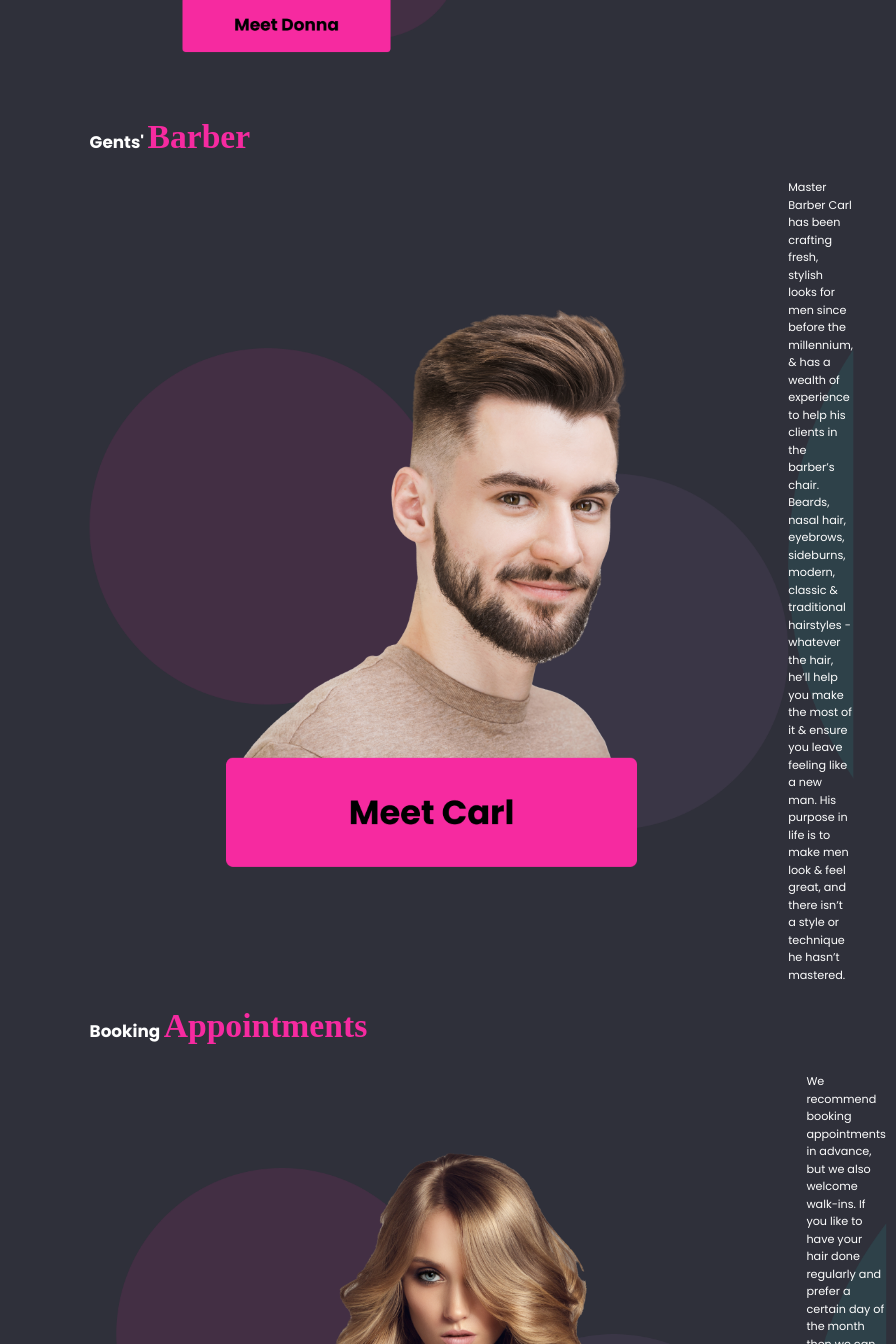
Repository: Troy-Bolt/verustroy-
Page: index.html
The author's editor kept a copy of each file at every save. The page is drawn from the files as they stood at one save, then again after the next save.
The browser window is 1280 px wide. The pictures show the part of the page from y = 1849 to 3769 px (the page is 10579 px tall before and 9840 px after), at 70% of full size.
Backgrounds fixed to the window are drawn as part of the page. Some web fonts or font styles are not loaded; a fallback is used.

Above is the page before, as saved 2022-04-27 09:07:10.

### index.html
<!DOCTYPE html>
<html lang="en">

<head>
    <meta charset="UTF-8">
    <meta http-equiv="X-UA-Compatible" content="IE=edge">
    <meta name="viewport" content="width=device-width, initial-scale=1.0">
    <title>Verus Amor</title>
    <link rel="stylesheet" href="/CSS/style.css">
    <script defer src="navbar.js"></script>
    <link href="https://fonts.googleapis.com/icon?family=Material+Icons" rel="stylesheet">
</head>

<body>
    <header>
        <h1 class="logo"><a class="current" href="/index.html" class="homepage-link">Verus Amor Barbers & Salon</a></h1>
        <input type="checkbox" name="" id="nav-toggle" class="nav-toggle">
        <nav>
            <ul class="size">
                <li><a href="/treatments.html">Treatments & Prices</a></li>
                <li><a href="/team.html">Team & Salon</a></li>
                <li><a href="/contact.html">Contact Us</a></li>
            </ul>
        </nav>
        <label for="nav-toggle" class="nav-toggle-label">
            <span></span>
        </label>
    </header>
    <div class="container">
        <h1 id="top-space">More than just <span>Hair</span></h1>

        <div class="row">

           <a class="colb" href=""><img src="img/AboutUs.png" alt="" class="col"></a>
            <p class="test text col">Verus Amor translates to True Love, something we show everyday in our work. Every
                cut,
                every colour, every shave is done with the utmost love, care and attention to detail. We love what we
                do,
                and nothing makes us happier than seeing our clients walk out of our salon looking their best - proudly
                showing off their new hair style along with a beaming smile. This makes us proud. So if you need a trim
                or
                fancy a new look, come and let us take care of you.</p>
        </div>

        <h1>Ethical <span>Treatments</span></h1>
        <div class="row">

            <a class="colb" href=""> <img src="img/EthTreatments.png" alt=""></a>
            <p class="test text col left-side">We believe in using vegan, sustainable and ethical products that don’t harm
                animals. We
                source from companies that leave less of a footprint on Mother Earth, and check their solutions are
                cruelty-free. You can relax, safe in the knowledge that whatever we’re using to style your hair has been
                checked and comes from an ethical and responsible place. There is enough cruelty in this world, and we
                believe that hairdressers and barbers can do their bit.</p>
        </div>
        <h1>Ladies' <span>Hairdressers</span></h1>
        <div class="row">

            <a class="colb" href="">  <img src="img/MeetDonna.png" alt=""></a>
            <p class="test text col">
                Donna has over two decades of experience cutting, colouring & styling ladies’ hair, with qualifications,
                accreditations & certifications covering everything from the basics of styling to more complex
                treatments. Skilled in blended ombré style & free-hand painted balayage colour techniques, & certified
                for OLAPLEX bond-building technology, this senior stylist is highly skilled in modern and traditional
                hairdressing, offering bespoke service to each client.
            </p>
        </div>
        <h1>Gents' <span>Barber</span></h1>
        <div class="row">
            <img src="img/MeetCarl.png" alt="">
            <p class="test text col">
                Master Barber Carl has been crafting fresh, stylish looks for men since before the millennium, & has a
                wealth of experience to help his clients in the barber’s chair. Beards, nasal hair, eyebrows, sideburns,
                modern, classic & traditional hairstyles - whatever the hair, he’ll help you make the most of it &
                ensure you leave feeling like a new man. His purpose in life is to make men look & feel great, and there
                isn’t a style or technique he hasn’t mastered.
            </p>
        </div>
        <h1>Booking <span>Appointments</span></h1>
        <div class="row">
            <img src="img/ContactUs.png" alt="">
            <p class="test text col">
                We recommend booking appointments in advance, but we also welcome walk-ins. If you like to have your
                hair done regularly and prefer a certain day of the month then we can make you a regular appointment. If
                you don’t mind sitting in our waiting area while we take care of someone’s hair style, you can enjoy
                watching us do what we do best while sitting in our waiting area, enjoy looking through styling
                magazines or join-in with the conversation.
            </p>
        </div>
        <h1>Special <span>Offers</span></h1>
        <div class="row">
            <img src="img/OurOffers.png" alt="">
            <p class="test text col">
                We hope our service and the quality of our cuts and styling are enough to keep you coming back for more,
                but we also like to reward your loyalty, so we run a generous loyalty scheme. We also recognise that
                senior citizens have earned the right to some friendly pricing, while children generally have smaller
                heads and parents have limited budgets, so we provide special prices for children under 12, plus those
                lucky enough to be enjoying their pension.
            </p>
        </div>
        <h1>Specialist <span>Products</span></h1>
        <div class="row">
            <img src="img/Services&Prices.png" alt="">
            <p class="test text col">
                Experience teaches us that using premium products doesn’t have to cost a fortune, but makes a big
                difference to the quality and the desired outcome, so we source the very best products to help us do our
                job properly, and make you look amazing. We are accredited and trained on some of the world’s most
                exciting brands, including OLAPLEX, PULP RIOT and FUDGE. We use these products on you in the salon &
                barbers, also offering them to clients.
            </p>
        </div>
    </div>
    <div class="container">
        <img src="img/ProductBanner.png" alt="" class="full-width">
        <div class="full-width reviews">
            <div class="tests">
                <h1>Our <span>Reviews</span></h1>
            </div>
        </div>
        <div class="carousel">
            <div class="slider">
                <section class="test-1">Always a friendly, professional experience with good advice and prices</section>
                <section class="test-1">Great cut, priced reasonably and lovely people</section>
                <section class="test-1">my wife used the salon  & is very pleased with results</section>
                <section class="test-1">Very nice couple</section>
            </div>
            <div class="control">
                <span class="arrow left">
                    <i class="material-icons">
                        keyboard_arrow_left
                    </i>
                </span>
                <span class="arrow right">
                    <i class="material-icons">
                        keyboard_arrow_right
                    </i>
                </span>
                <ul>
                    <li class="selected"></li>
                    <li></li>
                    <li></li>
                    <li></li>
                </ul>
            </div>
        </div>
    </div>
    <div class="container">
        <h1>Get <span>Directions</span></h1>
        <div class="row">
            <img src="img/FindUs.png" alt="">
            <p class="test text col">
                Experience teaches us that using premium products doesn’t have to cost a fortune, but makes a big
                difference to the quality and the desired outcome, so we source the very best products to help us do our
                job properly, and make you look amazing. We are accredited and trained on some of the world’s most
                exciting brands, including OLAPLEX, PULP RIOT and FUDGE. We use these products on you in the salon &
                barbers, also offering them to clients.
            </p>
        </div>
    </div>
    <iframe
        src="https://www.google.com/maps/embed?pb=!1m14!1m8!1m3!1d2412.6754060766534!2d0.735687!3d52.792161!3m2!1i1024!2i768!4f13.1!3m3!1m2!1s0x0%3A0xb57b11c6038ff279!2sVerus%20Amor%20Barbers%20%26%20Ladies%20Salon!5e0!3m2!1sen!2suk!4v1649070369054!5m2!1sen!2suk"
        width="100%" height="600" style="border:0;" allowfullscreen="" loading="lazy"
        referrerpolicy="no-referrer-when-downgrade"></iframe>


    </div>

    <div class="footer">
    <div class="row">
        <div class="grid">
            <h1 class="grid-main">.</h1>
        </div>
        <div class="gridA">

            <span class="foot">Twitter</span>
            <span class="foot">Facebook</span>

        </div>


   </div>


<div class="row">
    <div class="gridS"></div>
    <div class="gridB">
        <p>01328 633037</p>
        <p>Verus Amor Barbers & Ladies Salon</p>
        <p>The Kiptons, Blenheim Square, West Raynham, NR21 7PA</p>
    </div>
</div>
</body>
<script src="carousel.js"></script>

</html>

### CSS/style.css
@import url('https://fonts.googleapis.com/css2?family=Poppins:ital,wght@0,100;0,200;0,300;0,400;0,500;0,600;0,700;0,800;0,900;1,100;1,200;1,300;1,400;1,500;1,600;1,700;1,800;1,900&family=WindSong:wght@400;500&display=swap');


*, *::before, *::after {
    box-sizing: border-box;
}

/* html,body {
    width: 100%;
    height: 100%;
    padding: 0;
    overflow-x: hidden;
} */

body {
    margin: 0;
    background-color: #2F303A;
    color: #fff;
    font-family: Poppins;
}

#top-space {
    margin-top: 2.6em;
}

.container {
    width: 80%;
    max-width: 1400px;
    margin: 0 auto;
}

h1 {
    font-size: 1.5rem;
}

span {
    color: #F62AA0;
    font-size: 3rem;
}

.test {

    background-image: url('/img/HomePageTextBubble.png');

}


img {
    max-width: 100%;
    width: 50%;
    object-fit:scale-down;
}


.text {
    align-self: center;
}

@media (min-width: 800px) {
    .row {
        display: flex;
        justify-content: space-between;
    }
}

@media (max-width: 800px) {
    img {
        width: 100%;
    }
}

.row img{
    flex:70%;
    width: 100%;
}

.row p {
  flex:90%
}
span {
    font-family: 'WindSong', cursive;
}

.full-width {
    width: 100%;
}

.footer {
    /* background-image: url('/img/Footer.png'); */
    width: 100%;
    background-size: contain;
    background-repeat: no-repeat ;
    /* padding-top: 2.5em; */
    /* padding: 2.5em; */
}

@import url('https://fonts.googleapis.com/icon?family=Material+Icons');

.carousel {
    height: 600px;
    overflow: hidden;
    position: relative;
    border-radius: 5px;
    box-shadow: 0 0 4px rgba(0, 0, 0, 0.2), 0 4px 10px rgba(0, 0, 0, 0.1);
  }
  .slider {
    display: flex;
    height: 100%;
    width: 400%;
  }
  .slider section {
    flex-basis: 100%;
    justify-content: center;
    align-items: center;
    display: flex;
    font-size: 20px;
  }
  .left, .right {
    position: absolute;
    top: 50%;
    transform: translateY(-50%);
    cursor: pointer;
  }
  .arrow i {
    font-size: 70px;
    -webkit-user-select: none;
    color: #CDCDCD;
  }
  .left {
    left: 10px;
  }
  .right {
    right: 10px;
  }
  .control ul {
    list-style: none;
    display: flex;
    position: absolute;
    bottom: 0;
    left: 50%;
    margin: 0;
    padding: 0;
    transform: translate(-50%);
  }
  .control ul li {
    width: 10px;
    height: 10px;
    background: #333;
    border: 2px solid #333;
    border-radius: 50px;
    margin: 10px;
    cursor: pointer;

  }
  .control ul li.selected {
    background: transparent;
  }

  .test-1 {
      background-image: url(../img/Choosing-1.png);
      background-repeat: no-repeat;
      background-attachment: fixed;
      background-size: cover;
  }


@media (max-width: 600px) {
    .test-1{
        padding-left:4rem;
        padding-right:2rem;
    }

    .test-2{
        padding-left:4rem;
        padding-right:2rem;
    }
}




.reviews h1 {
    margin: 0;
}


/* nav */

.logo {
    font-size: 1.5rem;
    }

    header {
        background: #202027;
        text-align: center;
        position: fixed;
        z-index: 999;
        width: 100%;
        top: 0;
    }

    .nav-toggle {
        display: none;
    }

    .nav-toggle-label {
        position: absolute;
        top: 0;
        left: 0;
        margin-left: 1em;
        height: 100%;
        display: flex;
        align-items: center;
    }

    .nav-toggle-label span,
    .nav-toggle-label span::before,
    .nav-toggle-label span::after {
        display: block;
        background: #fff;
        height: 2px;
        width: 0.4em;
        border-radius: 2px;
        position: relative;
    }

    .nav-toggle-label span::before,
    .nav-toggle-label span::after {
        content: '';
        position: absolute;
    }

    .nav-toggle-label span::before {
        bottom: 7px;
    }
    .nav-toggle-label span::after {
        top: 7px;
    }

    nav {
        position: absolute;
        text-align: left;
        top: 100%;
        left: 0;
        background: #202027;
        width: 100%;
        transform: scale(1, 0);
        transform-origin: top;
        transition: transform 400ms ease-in-out;
    }

    nav ul {
        margin: 0;
        padding: 0;
        list-style: none;
    }

    nav li {
        margin-bottom: 1em;
        margin-left: 1em;
    }

    nav a {
        color: white;
        text-decoration: none;
        font-size: 1rem;
        opacity: 0;
        transition: opacity 150ms ease-in-out;
    }

    nav a:hover {
    color: gold;
    }

    .current {
        color: #fff;
    }

    li a:is(:link,:active).active {
        background-color: #443144;
        padding: 1.5rem;
        color: #443144;
    }
    a:is(:link,:active).active {
        color: gold;
    }

    nav:visited{
        text-decoration: none;
    }

    .nav-toggle:checked ~ nav{
    transform: scale(1, 1);
    }

    .nav-toggle:checked ~ nav a {
        opacity: 1;
        transition: opacity 250ms ease-in-out 250ms;
    }

    @media screen and (min-width: 1000px) {
        .nav-toggle-label {
            display: none;
        }
        header {
            display: grid;
            grid-template-columns: 1fr auto minmax(600px, 3fr) 1fr;
        }
        .logo {
            grid-column: 2 / 3;
        }
        nav {
            all: unset;
            grid-column: 3 / 4;
            display: flex;
            justify-content: flex-end;
            align-items: center;
        }
        nav a {
            opacity: 1;
            position: relative;
        }
        nav a::before {
            content: ' ';
            display: block;
            height: 5px;
            background: #DFAF1F;
            position: absolute;
            top: -.75em;
            left: 0;
            right: 0;
            transform: scale(0, 1);
            transition: transform ease-in-out 250ms;
        }
        nav a:hover::before {
            transform: scale(1, 1);
        }
        nav ul {
            display: flex;
            justify-content: flex-end;
        }
        nav li {
            margin-left: 3em;
            margin-bottom: 0;
        }
    }

    @media (min-width: 1900px) {
    .logo {
        font-size: 3rem;
    }
    nav a {
        font-size: 1.5rem;
    }
}

    /* @media (min-width: 0px) {
        p { font-size: 1rem; }
        h4 { font-size: 1.5rem; }
        h3 { font-size: 2rem; }
        h2 {font-size: 2.5rem}
        h1 {font-size: 3rem}
        span { font-size: 5rem}
      }

      @media (min-width: 400px) {
        p { font-size: calc(1rem + 1vw); }
        h4 { font-size: calc(1.5rem + 1vw);}
        h3 { font-size: calc(2rem + 1vw);}
        h2 { font-size: calc(2.5rem + 1vw);}
        h1 { font-size: calc(3rem + 1vw);}
        span { font-size: calc(5rem + 1vw);}
      }

      @media (min-width: 1001px){
        p { font-size: 1.75rem; }
        h4 { font-size: 1.75; }
        h3 {font-size: 2.75rem;}
        h2 { font-size: 3.75rem;}
        h1 {font-size: 4.25rem;}
        span {font-size: 6.25rem;}
      } */


      .img-centered {
          width: 100%;
      }

      .space {
          margin-bottom: 4em;
      }

      .pink-text {
          font-size:6rem;
      }

      .footer-layout {
          display: grid;
          grid-auto-rows: repeat(3, 1fr);

      }

      .footer{
        background-image: url('/img/Footer.png');
        width: 100%;
        background-size: cover;
      }

   @media(max-width:400px){
       .footer{
        background-image: url('/img/Footer.png');
        width: 100%;
        background-size: contain;
       }
   }

      .foot{
          padding-left: 1.5rem;
          font-family: "poppins";
          color: white;
            font-size: 1.5rem;





      }


   .grid-main{
       font-size:2.5rem;
      padding-left: 4.5rem;
      margin-top: 6rem;




   }
   @media (max-width: 750px){
         .grid-main{
              font-size:1.5rem;
         }

   }

   /* .grid{
       width: 70%;
         float:left;

   }

   .gridA{
       width: 30%;
         float:left;

   } */

  .gridA{

  }


            @media screen and (min-width: 1000px) {
.gridA{
    width: 25%;
    float:left;
    /* padding-top: 2.5rem; */


}
          }



          .gridB{

        }


                  @media screen and (min-width: 1000px) {
      .gridB{
          width: 50%;
          float:left;
          padding-top: 2.5rem;
          text-align: right;
          padding-right: 6.5rem;


      }
                }

### navbar.js
const activePage = window.location.pathname;
// console.log(activePage);

const navLinks = document.querySelectorAll('nav a').
forEach(link => {
    console.log(link.href);
    if(link.href.includes(`${activePage}`)){

        link.classList.add('active');
    }
})

### carousel.js
const left = document.querySelector('.left');
const right = document.querySelector('.right');

const slider = document.querySelector('.slider');

const indicatorParent = document.querySelector('.control ul');
const indicators = document.querySelectorAll('.control li');
index = 0;

indicators.forEach((indicator, i) => {
  indicator.addEventListener('click', () => {
    document.querySelector('.control .selected').classList.remove('selected');
    indicator.classList.add('selected');
    slider.style.transform = 'translateX(' + (i) * -25 + '%)';
    index = i;

  });
});

left.addEventListener('click', function() {
  index = (index > 0) ? index -1 : 0;
  document.querySelector('.control .selected').classList.remove('selected');
  indicatorParent.children[index].classList.add('selected');
  slider.style.transform = 'translateX(' + (index) * -25 + '%)';
});

right.addEventListener('click', function() {
  index = (index < 4 - 1) ? index+1 : 3;
  document.querySelector('.control .selected').classList.remove('selected');
  indicatorParent.children[index].classList.add('selected');
  slider.style.transform = 'translateX(' + (index) * -25 + '%)';
});

After the next save:
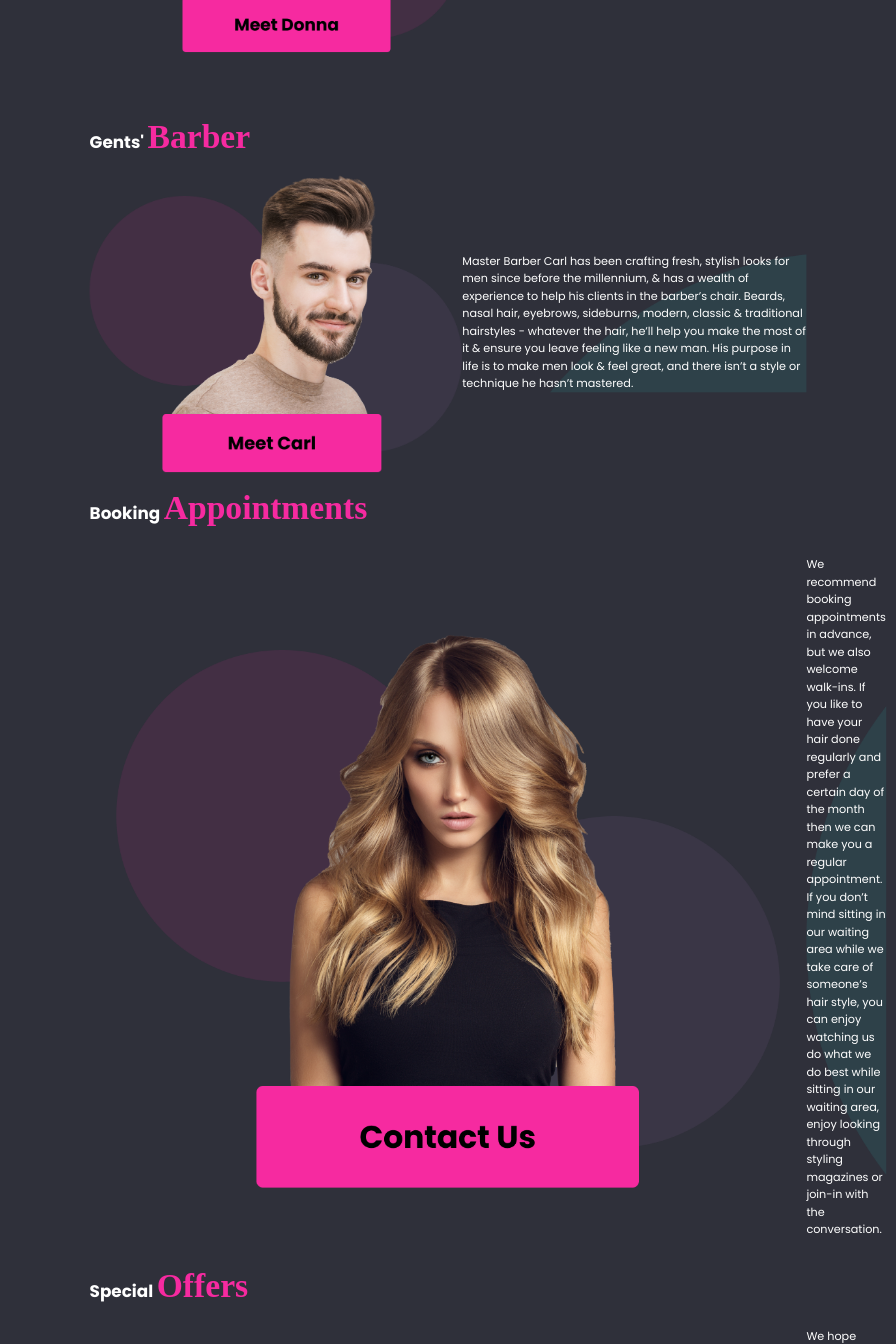
Saved 14 s later.
--- a/index.html
+++ b/index.html
@@ -67,7 +67,8 @@
         </div>
         <h1>Gents' <span>Barber</span></h1>
         <div class="row">
-            <img src="img/MeetCarl.png" alt="">
+
+            <a class="colb" href="">  <img src="img/MeetCarl.png" alt=""></a>
             <p class="test text col">
                 Master Barber Carl has been crafting fresh, stylish looks for men since before the millennium, & has a
                 wealth of experience to help his clients in the barber’s chair. Beards, nasal hair, eyebrows, sideburns,
